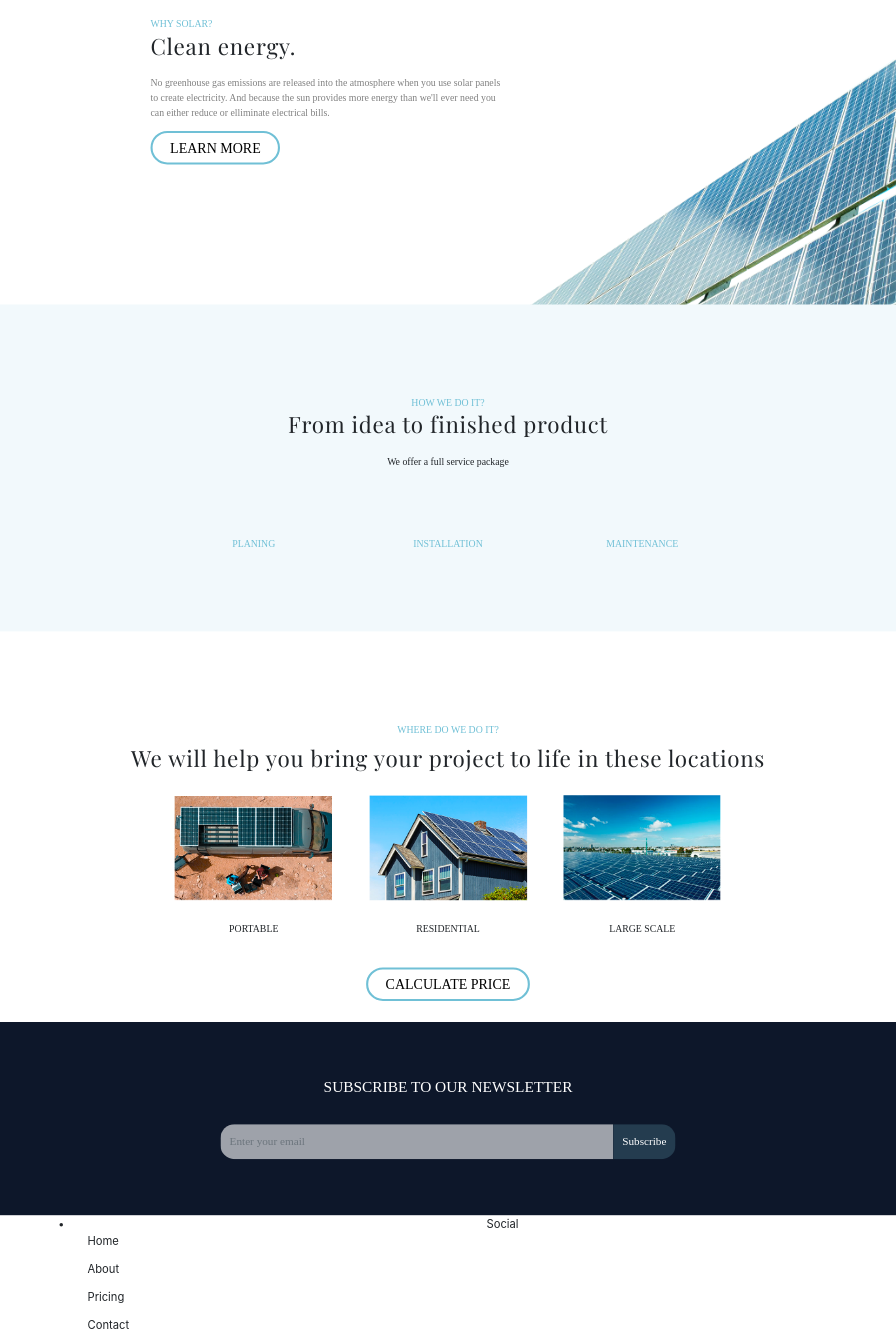
Repository: sabinemm/fabf
Page: index.html
The author's editor kept a record of every edit. The page is drawn from the files as they stood at one moment, then again after the next edit.
The browser window is 1280 px wide. The pictures show the part of the page from y = 700 to 2620 px (the page is 2620 px tall), at 70% of full size.
Backgrounds fixed to the window are drawn as part of the page. Some web fonts or font styles are not loaded; a fallback is used. Some web libraries are served in a nearby version.

Above is the page before.
Console error (its wording comes from the project's code and is left out).

After the next edit:
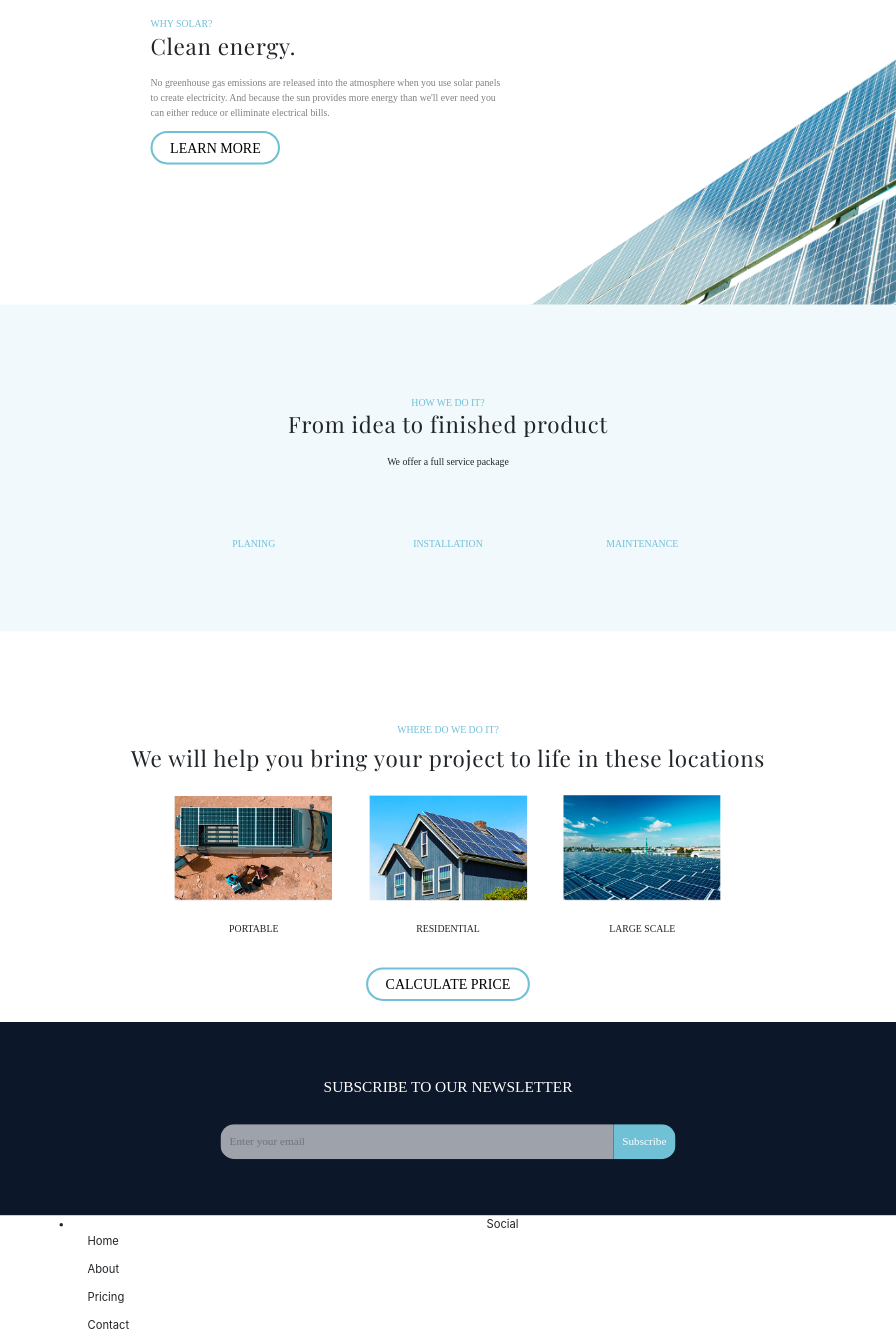
The edit:
--- a/style.css
+++ b/style.css
@@ -247,6 +247,6 @@
 .home-newsletter .single .btn {
 min-height: 50px;
 border-radius: 0 20px 20px 0;
-background: #243c4f;
+background: rgb(112, 192, 214);
 color: #fff;
 }
